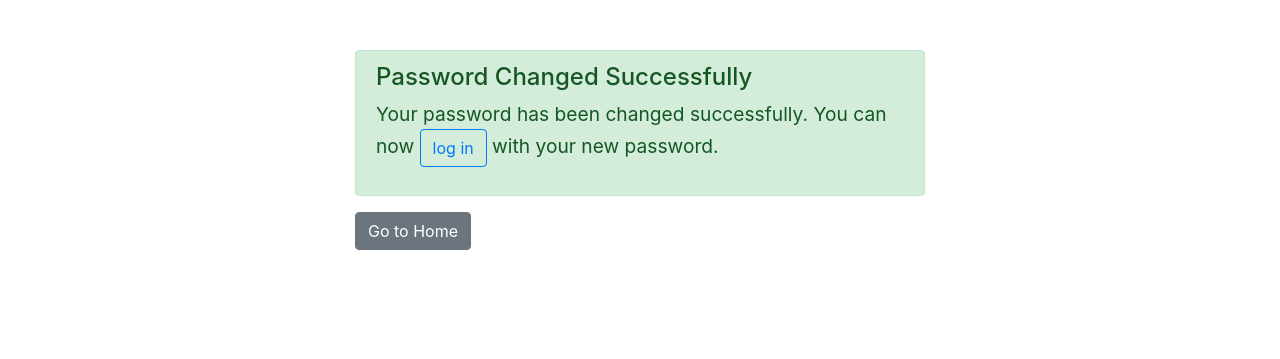
Repository: nyeinsu4520/tourland
Page: http://localhost/password-changed
An editor plug-in stored every save of this project. The page is shown before and after the next save, followed by the edit.
The browser window is 1280 px wide. The pictures show the whole page.
The page is this project's Thymeleaf template; nobody is signed in. The template is opened directly, without the code that normally fills it, so the values that code supplies are empty.

Above is the page before, as saved 2024-07-19 10:09:56.

### Tourland/src/main/resources/templates/password-changed.html
<!DOCTYPE html>
<html xmlns:th="http://www.thymeleaf.org">
<head>
    <title>Password Changed</title>
    <!-- Bootstrap CSS -->
    <link href="https://stackpath.bootstrapcdn.com/bootstrap/4.3.1/css/bootstrap.min.css" rel="stylesheet">
    <!-- Custom CSS for additional styling -->
    <style>
        .container {
            max-width: 600px;
            margin-top: 50px;
        }
        .alert-success {
            font-size: 1.2em;
        }
    </style>
</head>
<body>
    <div class="container">
        <div class="alert alert-success" role="alert">
            <h4 class="alert-heading">Password Changed Successfully</h4>
            <p>Your password has been changed successfully. You can now  <a th:href="@{/login}" class="btn btn-outline-primary">log in</a> with your new password.</p>
        </div>
        <a th:href="@{/}" class="btn btn-secondary">Go to Home</a>
    </div>
    <!-- Bootstrap JS, Popper.js, and jQuery -->
    <script src="https://code.jquery.com/jquery-3.3.1.slim.min.js"></script>
    <script src="https://cdnjs.cloudflare.com/ajax/libs/popper.js/1.14.7/umd/popper.min.js"></script>
    <script src="https://stackpath.bootstrapcdn.com/bootstrap/4.3.1/js/bootstrap.min.js"></script>
</body>
</html>

After the next save:
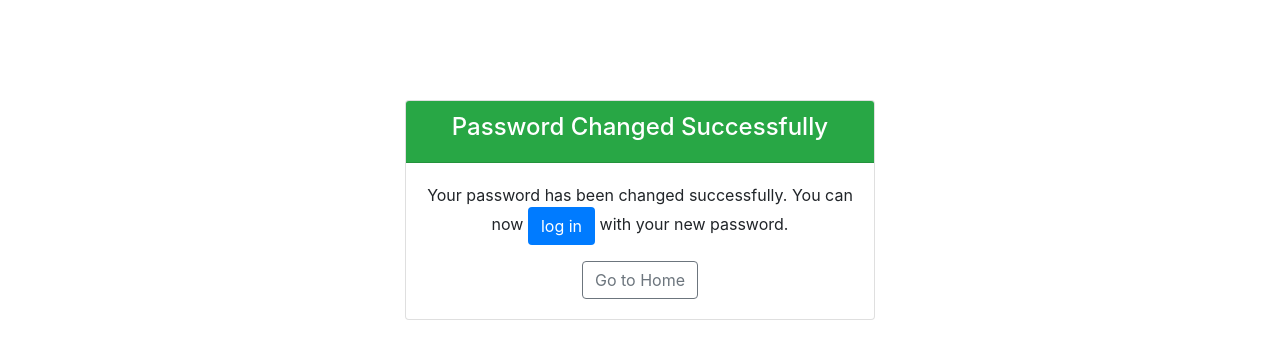
Saved 20 s later.
--- a/Tourland/src/main/resources/templates/password-changed.html
+++ b/Tourland/src/main/resources/templates/password-changed.html
@@ -7,21 +7,37 @@
     <!-- Custom CSS for additional styling -->
     <style>
         .container {
-            max-width: 600px;
-            margin-top: 50px;
+            max-width: 500px;
+            margin-top: 100px;
         }
-        .alert-success {
-            font-size: 1.2em;
+        .card-header {
+            background-color: #28a745;
+            color: white;
+            text-align: center;
+        }
+        .card-body {
+            text-align: center;
+        }
+        .btn-custom {
+            background-color: #007bff;
+            color: white;
+        }
+        .btn-custom:hover {
+            background-color: #0056b3;
         }
     </style>
 </head>
 <body>
     <div class="container">
-        <div class="alert alert-success" role="alert">
-            <h4 class="alert-heading">Password Changed Successfully</h4>
-            <p>Your password has been changed successfully. You can now  <a th:href="@{/login}" class="btn btn-outline-primary">log in</a> with your new password.</p>
+        <div class="card">
+            <div class="card-header">
+                <h4>Password Changed Successfully</h4>
+            </div>
+            <div class="card-body">
+                <p class="card-text">Your password has been changed successfully. You can now <a th:href="@{/login}" class="btn btn-custom">log in</a> with your new password.</p>
+                <a th:href="@{/home}" class="btn btn-outline-secondary">Go to Home</a>
+            </div>
         </div>
-        <a th:href="@{/}" class="btn btn-secondary">Go to Home</a>
     </div>
     <!-- Bootstrap JS, Popper.js, and jQuery -->
     <script src="https://code.jquery.com/jquery-3.3.1.slim.min.js"></script>
